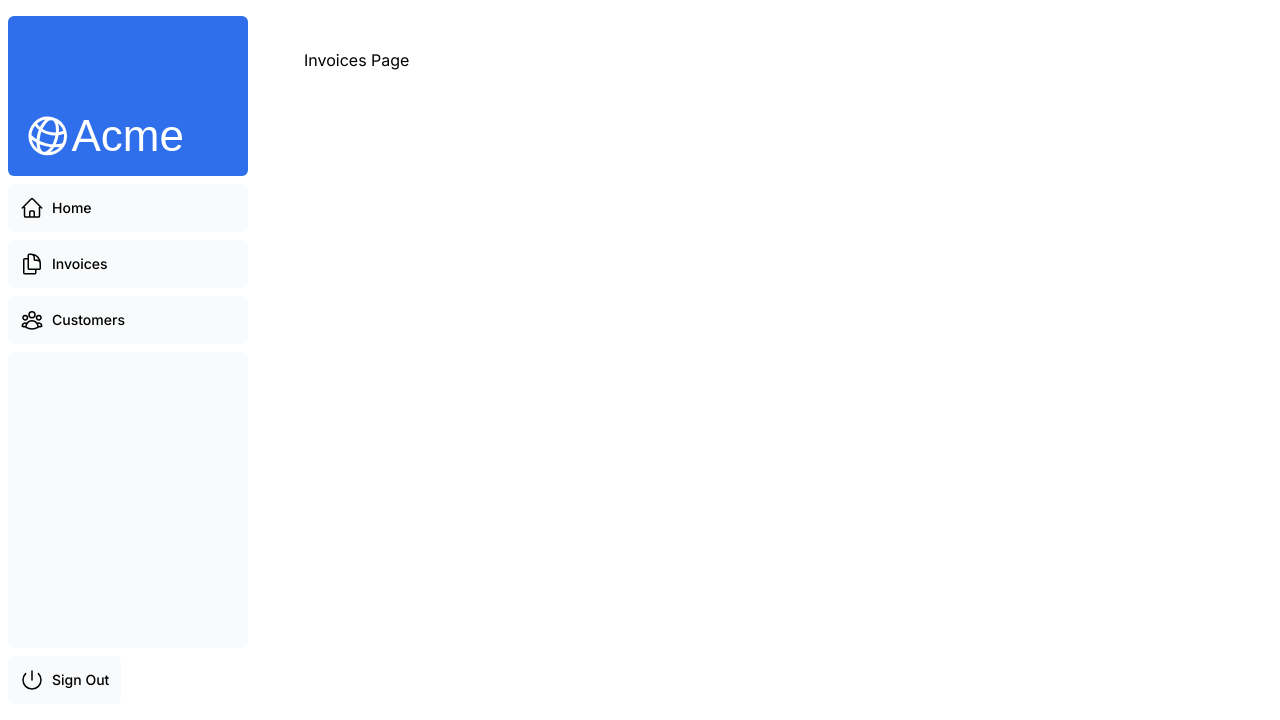
Repository: julietsawyerr/nextjs-dashboard
Page: /dashboard/invoices
The author's editor kept a copy of each file at every save. The page is drawn from the files as they stood at one save, then again after a run of saves.
The browser window is 1280 px wide. The pictures show the whole page.
Some web fonts or font styles are not loaded; a fallback is used. The project was rebuilt for these pictures with package versions that can differ from the ones it lists, and the page was loaded fresh each time. The framework's server and built-in components were replaced by stand-ins that run in the browser. Also part of the build but not shown: next.config.js.

Above is the page before, as saved 2023-11-07 12:34:17.

After the next 4 saves:
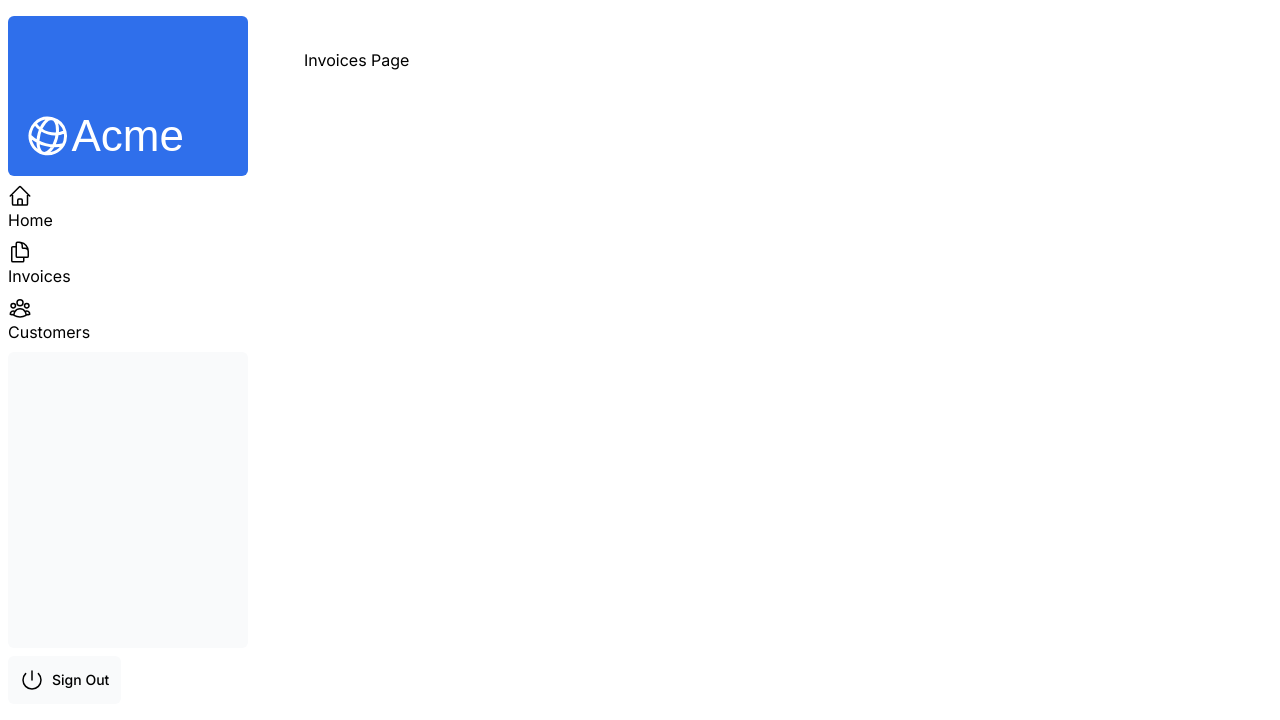
The 4 saves are shown as one change because 2 did not build or start and some came seconds apart.
The last was saved 3 min 9 s later.
--- a/app/ui/dashboard/nav-links.tsx
+++ b/app/ui/dashboard/nav-links.tsx
@@ -32,7 +32,10 @@
           <Link
             key={link.name}
             href={link.href}
-            className="flex h-[48px] grow items-center justify-center gap-2 rounded-md bg-gray-50 p-3 text-sm font-medium hover:bg-sky-100 hover:text-blue-600 md:flex-none md:justify-start md:p-2 md:px-3"
+            className={"flex h-[48px] grow items-center justify-center gap-2 rounded-md bg-gray-50 p-3 text-sm font-medium hover:bg-sky-100 hover:text-blue-600 md:flex-none md:justify-start md:p-2 md:px-3",
+            {
+
+            }}
           >
             <LinkIcon className="w-6" />
             <p className="hidden md:block">{link.name}</p>

After the 2 saves that followed:
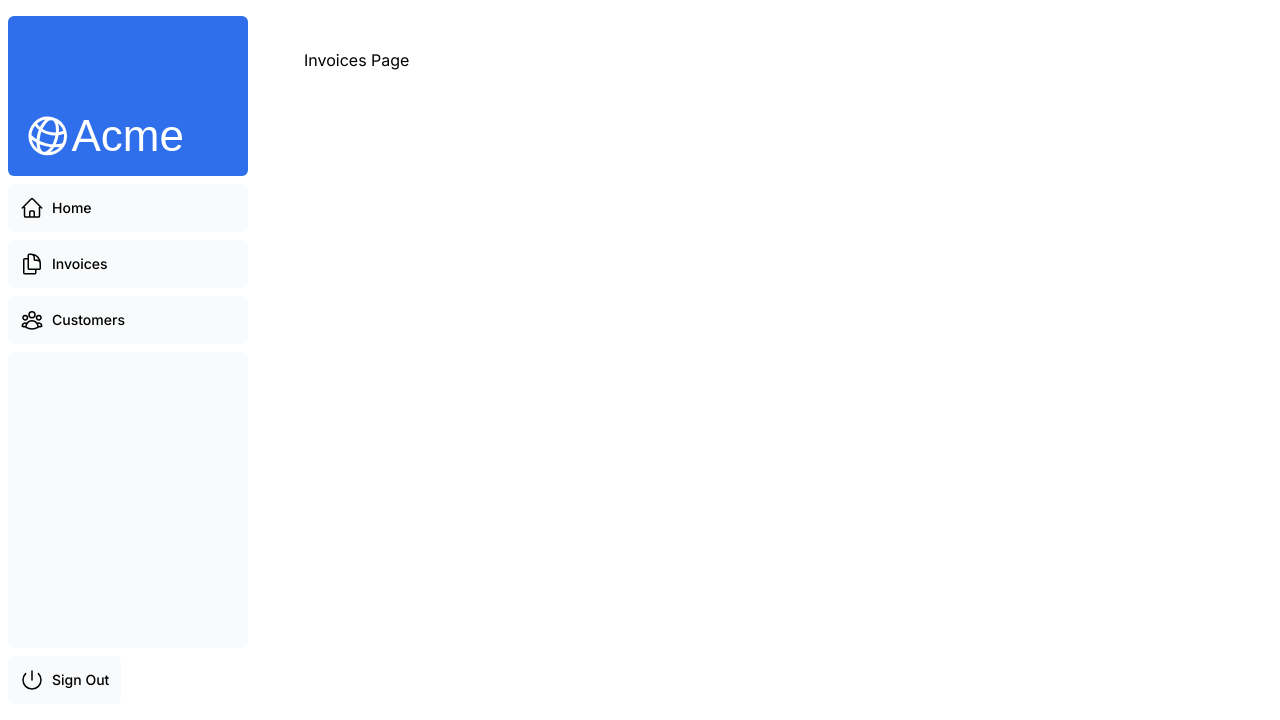
The 2 saves are shown as one change because 1 left the picture as it was.
The last was saved 19 s later.
--- a/app/ui/dashboard/nav-links.tsx
+++ b/app/ui/dashboard/nav-links.tsx
@@ -32,10 +32,10 @@
           <Link
             key={link.name}
             href={link.href}
-            className={"flex h-[48px] grow items-center justify-center gap-2 rounded-md bg-gray-50 p-3 text-sm font-medium hover:bg-sky-100 hover:text-blue-600 md:flex-none md:justify-start md:p-2 md:px-3",
+            className={clsx("flex h-[48px] grow items-center justify-center gap-2 rounded-md bg-gray-50 p-3 text-sm font-medium hover:bg-sky-100 hover:text-blue-600 md:flex-none md:justify-start md:p-2 md:px-3",
             {
 
-            }}
+            })}
           >
             <LinkIcon className="w-6" />
             <p className="hidden md:block">{link.name}</p>
